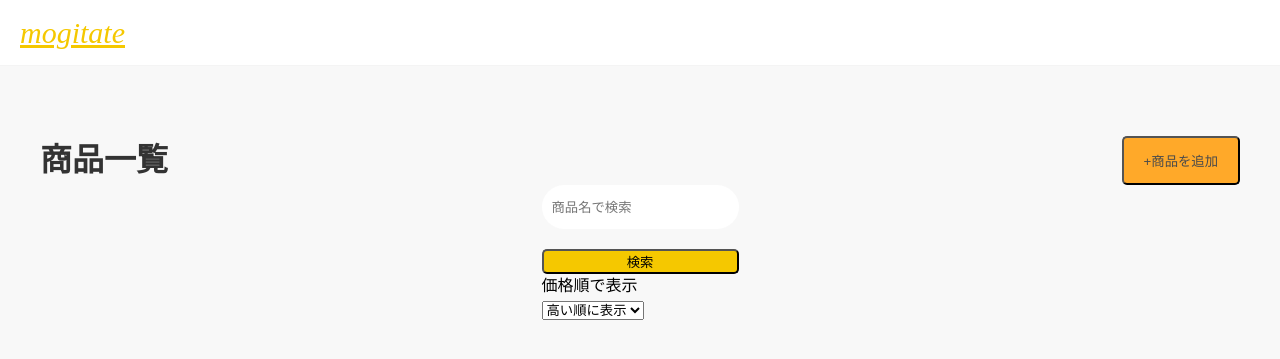
Repository: SuzukiFuminori/test-fruit
Page: http://localhost/products
The author's editor kept a copy of each file at every save. The page is drawn from the files as they stood at one save, then again after the next save.
The browser window is 1280 px wide. The pictures show the whole page.
The page is served by the project's Laravel application, run on PHP 8.4 with Laravel 8. Other server files are loaded and not shown. Queries for data that is not in the repository find no rows.

Above is the page before, as saved 2024-12-30 06:19:24.

### src/routes/web.php
<?php

use Illuminate\Support\Facades\Route;
use App\Http\Controllers\ProductController;

/*
|--------------------------------------------------------------------------
| Web Routes
|--------------------------------------------------------------------------
|
| Here is where you can register web routes for your application. These
| routes are loaded by the RouteServiceProvider within a group which
| contains the "web" middleware group. Now create something great!
|
*/

Route::get('/products', [ProductController::class, 'index']);
Route::get('/products/register', [ProductController::class, 'add']);

### src/app/Http/Controllers/ProductController.php
<?php

namespace App\Http\Controllers;
use App\Models\Product;
use Illuminate\Http\Request;

class ProductController extends Controller
{
    // 商品一覧ページの表示
    public function index()
    {
        $products = Product::all();
        return view('index', ['products' => $products]);
    }

    // 商品登録ページの表示
    public function add()
    {
        return view('add');
    }
}

### src/resources/views/index.blade.php
@extends('layouts.default')

@section('title', '商品一覧')

@section('css')
<link rel="stylesheet" href="{{ asset('css/index.css') }}">
@endsection

@section('content')
  <div class="content">
    <div class="content__inner">
      <div class="content-heading">
        <div class="content-heading__title">
          @yield('title')
        </div>
        <div class="content-heading__button">
          <button class="content-heading__button-submit" type="submit">+商品を追加</button>
        </div>
      </div>
      <div class="content-container">
        <div class="search-wrapper">
          <div class="search__input">
            <input class="search__input--text" type="search" name="name" placeholder="商品名で検索">
          </div>
          <div class="search__button">
            <button class="search__button-submit" >検索</button>
          </div>
          <div class="sort">
            <div class="sort__content">価格順で表示</div>
            <div class="sort__select">
              <select name="select" placeholder="価格で並べ替え">
                <option value="">高い順に表示</option>
                <option value="">低い順に表示</option>
              </select>
            </div>
          </div>
        </div>
      </div>
    </div>
  </div>
@endsection

### src/resources/views/layouts/default.blade.php
<!DOCTYPE html>
<html lang="ja">

<head>
  <meta charset="UTF-8">
  <meta name="viewport" content="width=device-width, initial-scale=1.0">
  <title>@yield('title')</title>
  <link rel="stylesheet" href="{{ asset('css/sanitize.css') }}">
  <link rel="stylesheet" href="{{ asset('css/common.css') }}">
  @yield('css')
</head>

<body>
  <header class="header">
    <div class="header__inner">
      <a class="header__logo" href="/">
        mogitate
      </a>
    </div>
  </header>
  <main>
    @yield('content')
  </main>
</body>

</html>

### src/public/css/sanitize.css
/* Document
* ========================================================================== */

/**
* Add border box sizing in all browsers (opinionated).
*/

*,
::before,
::after {
  box-sizing: border-box;
}

/**
* 1. Add text decoration inheritance in all browsers (opinionated).
* 2. Add vertical alignment inheritance in all browsers (opinionated).
*/

::before,
::after {
  vertical-align: inherit;
  /* 2 */
  text-decoration: inherit;
  /* 1 */
}

/**
* 1. Use the default cursor in all browsers (opinionated).
* 2. Change the line height in all browsers (opinionated).
* 3. Use a 4-space tab width in all browsers (opinionated).
* 4. Remove the grey highlight on links in iOS (opinionated).
* 5. Prevent adjustments of font size after orientation changes in
*    IE on Windows Phone and in iOS.
* 6. Breaks words to prevent overflow in all browsers (opinionated).
*/

html {
  word-break: break-word;
  /* 6 */
  -moz-tab-size: 4;
  /* 3 */
  tab-size: 4;
  /* 3 */
  line-height: 1.5;
  /* 2 */
  cursor: default;
  /* 1 */

  -webkit-tap-highlight-color: transparent
    /* 4 */
  ;
  -ms-text-size-adjust: 100%;
  /* 5 */
  -webkit-text-size-adjust: 100%;
  /* 5 */
}

/* Sections
* ========================================================================== */

/**
* Remove the margin in all browsers (opinionated).
*/

body {
  margin: 0;
}

/**
* Correct the font size and margin on `h1` elements within `section` and
* `article` contexts in Chrome, Edge, Firefox, and Safari.
*/

h1 {
  margin: 0.67em 0;
  font-size: 2em;
}

/* Grouping content
* ========================================================================== */

/**
* Remove the margin on nested lists in Chrome, Edge, IE, and Safari.
*/

dl dl,
dl ol,
dl ul,
ol dl,
ul dl {
  margin: 0;
}

/**
* Remove the margin on nested lists in Edge 18- and IE.
*/

ol ol,
ol ul,
ul ol,
ul ul {
  margin: 0;
}

/**
* 1. Add the correct sizing in Firefox.
* 2. Show the overflow in Edge 18- and IE.
*/

hr {
  overflow: visible;
  /* 2 */
  height: 0;
  /* 1 */
}

/**
* Add the correct display in IE.
*/

main {
  display: block;
}

/**
* Remove the list style on navigation lists in all browsers (opinionated).
*/

nav ol,
nav ul {
  padding: 0;
  list-style: none;
}

/**
* 1. Correct the inheritance and scaling of font size in all browsers.
* 2. Correct the odd `em` font sizing in all browsers.
*/

pre {
  font-size: 1em;
  /* 2 */
  font-family: monospace, monospace;
  /* 1 */
}

/* Text-level semantics
* ========================================================================== */

/**
* Remove the gray background on active links in IE 10.
*/

a {
  background-color: transparent;
}

/**
* Add the correct text decoration in Edge 18-, IE, and Safari.
*/

abbr[title] {
  text-decoration: underline;
  text-decoration: underline dotted;
}

/**
* Add the correct font weight in Chrome, Edge, and Safari.
*/

b,
strong {
  font-weight: bolder;
}

/**
* 1. Correct the inheritance and scaling of font size in all browsers.
* 2. Correct the odd `em` font sizing in all browsers.
*/

code,
kbd,
samp {
  font-size: 1em;
  /* 2 */
  font-family: monospace, monospace;
  /* 1 */
}

/**
* Add the correct font size in all browsers.
*/

small {
  font-size: 80%;
}

/* Embedded content
* ========================================================================== */

/*
* Change the alignment on media elements in all browsers (opinionated).
*/

audio,
canvas,
iframe,
img,
svg,
video {
  vertical-align: middle;
}

/**
* Add the correct display in IE 9-.
*/

audio,
video {
  display: inline-block;
}

/**
* Add the correct display in iOS 4-7.
*/

audio:not([controls]) {
  display: none;
  height: 0;
}

/**
* Remove the border on iframes in all browsers (opinionated).
*/

iframe {
  border-style: none;
}

/**
* Remove the border on images within links in IE 10-.
*/

img {
  border-style: none;
}

/**
* Change the fill color to match the text color in all browsers (opinionated).
*/

svg:not([fill]) {
  fill: currentColor;
}

/**
* Hide the overflow in IE.
*/

svg:not(:root) {
  overflow: hidden;
}

/* Tabular data
* ========================================================================== */

/**
* Collapse border spacing in all browsers (opinionated).
*/

table {
  border-collapse: collapse;
}

/* Forms
* ========================================================================== */

/**
* Remove the margin on controls in Safari.
*/

button,
input,
select {
  margin: 0;
}

/**
* 1. Show the overflow in IE.
* 2. Remove the inheritance of text transform in Edge 18-, Firefox, and IE.
*/

button {
  overflow: visible;
  /* 1 */
  text-transform: none;
  /* 2 */
}

/**
* Correct the inability to style buttons in iOS and Safari.
*/

button,
[type="button"],
[type="reset"],
[type="submit"] {
  -webkit-appearance: button;
}

/**
* 1. Change the inconsistent appearance in all browsers (opinionated).
* 2. Correct the padding in Firefox.
*/

fieldset {
  padding: 0.35em 0.75em 0.625em;
  /* 2 */
  border: 1px solid #a0a0a0;
  /* 1 */
}

/**
* Show the overflow in Edge 18- and IE.
*/

input {
  overflow: visible;
}

/**
* 1. Correct the text wrapping in Edge 18- and IE.
* 2. Correct the color inheritance from `fieldset` elements in IE.
*/

legend {
  display: table;
  /* 1 */
  max-width: 100%;
  /* 1 */
  color: inherit;
  /* 2 */
  white-space: normal;
  /* 1 */
}

/**
* 1. Add the correct display in Edge 18- and IE.
* 2. Add the correct vertical alignment in Chrome, Edge, and Firefox.
*/

progress {
  display: inline-block;
  /* 1 */
  vertical-align: baseline;
  /* 2 */
}

/**
* Remove the inheritance of text transform in Firefox.
*/

select {
  text-transform: none;
}

/**
* 1. Remove the margin in Firefox and Safari.
* 2. Remove the default vertical scrollbar in IE.
* 3. Change the resize direction in all browsers (opinionated).
*/

textarea {
  overflow: auto;
  /* 2 */
  margin: 0;
  /* 1 */
  resize: vertical;
  /* 3 */
}

/**
* Remove the padding in IE 10-.
*/

[type="checkbox"],
[type="radio"] {
  padding: 0;
}

/**
* 1. Correct the odd appearance in Chrome, Edge, and Safari.
* 2. Correct the outline style in Safari.
*/

[type="search"] {
  outline-offset: -2px;
  /* 2 */

  -webkit-appearance: textfield;
  /* 1 */
}

/**
* Correct the cursor style of increment and decrement buttons in Safari.
*/

::-webkit-inner-spin-button,
::-webkit-outer-spin-button {
  height: auto;
}

/**
* Correct the text style of placeholders in Chrome, Edge, and Safari.
*/

::-webkit-input-placeholder {
  color: inherit;
  opacity: 0.54;
}

/**
* Remove the inner padding in Chrome, Edge, and Safari on macOS.
*/

::-webkit-search-decoration {
  -webkit-appearance: none;
}

/**
* 1. Correct the inability to style upload buttons in iOS and Safari.
* 2. Change font properties to `inherit` in Safari.
*/

::-webkit-file-upload-button {
  font: inherit;
  /* 2 */

  -webkit-appearance: button;
  /* 1 */
}

/**
* Remove the inner border and padding of focus outlines in Firefox.
*/

::-moz-focus-inner {
  padding: 0;
  border-style: none;
}

/**
* Restore the focus outline styles unset by the previous rule in Firefox.
*/

:-moz-focusring {
  outline: 1px dotted ButtonText;
}

/**
* Remove the additional :invalid styles in Firefox.
*/

:-moz-ui-invalid {
  box-shadow: none;
}

/* Interactive
* ========================================================================== */

/*
* Add the correct display in Edge 18- and IE.
*/

details {
  display: block;
}

/*
* Add the correct styles in Edge 18-, IE, and Safari.
*/

dialog {
  position: absolute;
  right: 0;
  left: 0;
  display: block;
  margin: auto;
  padding: 1em;
  width: -moz-fit-content;
  width: -webkit-fit-content;
  width: fit-content;
  height: -moz-fit-content;
  height: -webkit-fit-content;
  height: fit-content;
  border: solid;
  background-color: white;
  color: black;
}

dialog:not([open]) {
  display: none;
}

/*
* Add the correct display in all browsers.
*/

summary {
  display: list-item;
}

/* Scripting
* ========================================================================== */

/**
* Add the correct display in IE 9-.
*/

canvas {
  display: inline-block;
}

/**
* Add the correct display in IE.
*/

template {
  display: none;
}

/* User interaction
* ========================================================================== */

/*
* 1. Remove the tapping delay in IE 10.
* 2. Remove the tapping delay on clickable elements
in all browsers (opinionated).
*/

a,
area,
button,
input,
label,
select,
summary,
textarea,
[tabindex] {
  -ms-touch-action: manipulation;
  /* 1 */
  touch-action: manipulation;
  /* 2 */
}

/**
* Add the correct display in IE 10-.
*/

[hidden] {
  display: none;
}

/* Accessibility
* ========================================================================== */

/**
* Change the cursor on busy elements in all browsers (opinionated).
*/

[aria-busy="true"] {
  cursor: progress;
}

/*
* Change the cursor on control elements in all browsers (opinionated).
*/

[aria-controls] {
  cursor: pointer;
}

/*
* Change the cursor on disabled, not-editable, or otherwise
* inoperable elements in all browsers (opinionated).
*/

[aria-disabled="true"],
[disabled] {
  cursor: not-allowed;
}

/*
* Change the display on visually hidden accessible elements
* in all browsers (opinionated).
*/

[aria-hidden="false"][hidden] {
  display: initial;
}

[aria-hidden="false"][hidden]:not(:focus) {
  position: absolute;
  clip: rect(0, 0, 0, 0);
}

### src/public/css/common.css
.header {
  background: white;
}

.header__inner {
  margin: 0 auto;
  padding: 10px 20px;
  border-bottom: solid 1px #f4f4f4;
}

.header__logo {
  font-family: jsMath-cmti10;
  font-size: 30px;
  color: #F5C800;
  font-weight: 500;
  font-style: italic;
}

### src/public/css/index.css
.content {
  background: #f8f8f8;
}

.content__inner {
  margin: 0 auto;
  padding: 70px 0;
}

.content-heading {
  display: flex;
  justify-content: space-between;
  margin: 0 auto;
  padding: 0 40px 0;
}

.content-heading__title {
  font-family: "Hiragino Kaku Gothic Pro";
  font-size: 32px;
  color: #333333;
  font-weight: 600;
}

.content-heading__button-submit {
  padding: 13px 20px;
  background:#ffa929;
  color: #4B4B4B;
  border-radius: 5px;
}

.content-container {
  display: flex;
  justify-content: center;
  padding: 0 40px 0;
}

.search-wrapper {
  display:
  border-bottom: solid 1px;
}

.search__input {
  padding-bottom: 20px;
}

.search__input--text {
  padding: 14.5px 10px;
  border-radius: 25px;
  background: #FFFFFF;
  border: 1px #E0DFDE;
  font-color: #E0DFDE;
}

.search__button-submit {
  width: 100%;
  padding: 10px auto;
  background: #F5C800;
  border-radius: 5px;
}

Loaded but not shown: src/app/Http/Controllers/Controller.php (common file); src/app/Models/Product.php (common file)

After the next save:
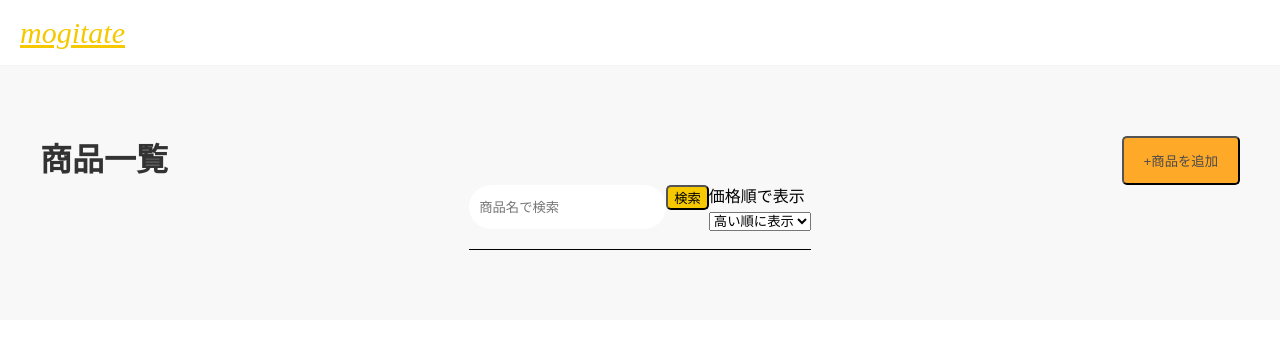
Saved 6 s later.
--- a/src/public/css/index.css
+++ b/src/public/css/index.css
@@ -35,7 +35,8 @@
 }
 
 .search-wrapper {
-  display:
+  display: flex;
+
   border-bottom: solid 1px;
 }
 
